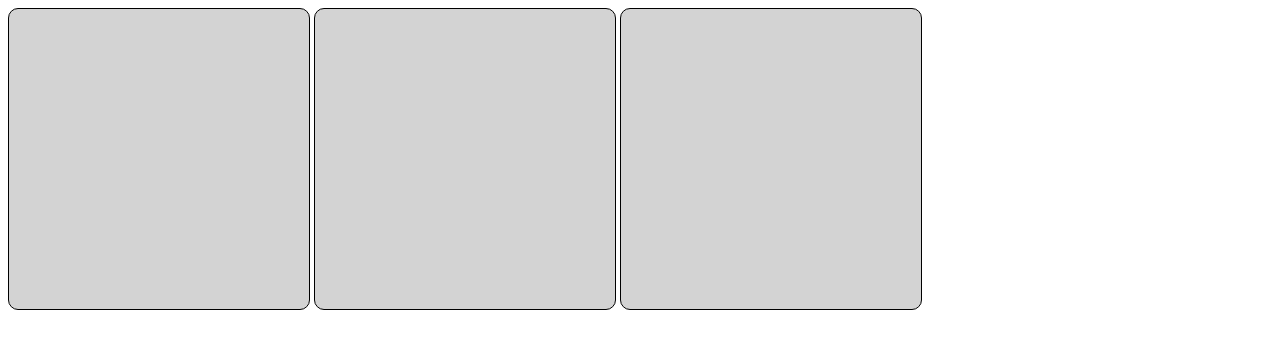
Repository: Iamjordana/html-css
Page: Html Css/Exercicios/ex22/fundo01.html
These files come from the project's save history. The page is drawn as it stood at one moment and after the next save; the edit follows.
The browser window is 1280 px wide. The pictures show the whole page.

Above is the page before, as saved 2025-04-11 13:34:16.

### Html Css/Exercicios/ex22/fundo01.html
<!DOCTYPE html>
<html lang="pt-br">
<head>
    <meta charset="UTF-8">
    <meta name="viewport" content="width=device-width, initial-scale=1.0">
    <title>Teste de Imagem de fundo</title>

    <style>
        div.quadrado{
            border: 1px solid black;
            border-radius: 10px;
            width: 300px;
            height: 300px;
            background-color: lightgrey;
            display: inline-block;
        }

        div#q1{
            background-color
        }
        div#q2{

        }
        div#q3{

        }
    </style>

</head>
<body>

    <div class="quadrado" id="q1">

    </div>

    <div class="quadrado" id="q2">

    </div>

    <div class="quadrado" id="q3">

    </div>


</body>
</html>

After the next save:
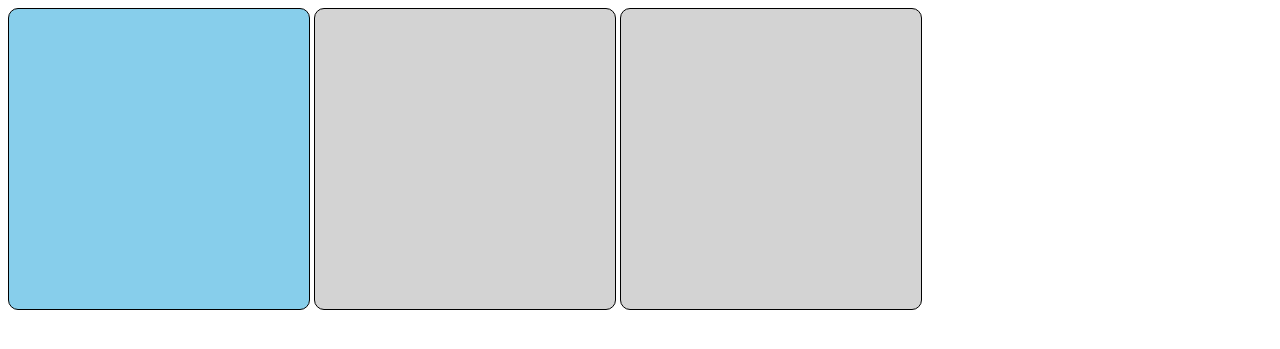
Saved 5 s later.
--- a/Html Css/Exercicios/ex22/fundo01.html
+++ b/Html Css/Exercicios/ex22/fundo01.html
@@ -16,7 +16,8 @@
         }
 
         div#q1{
-            background-color
+            background-color: skyblue
+
         }
         div#q2{
 
